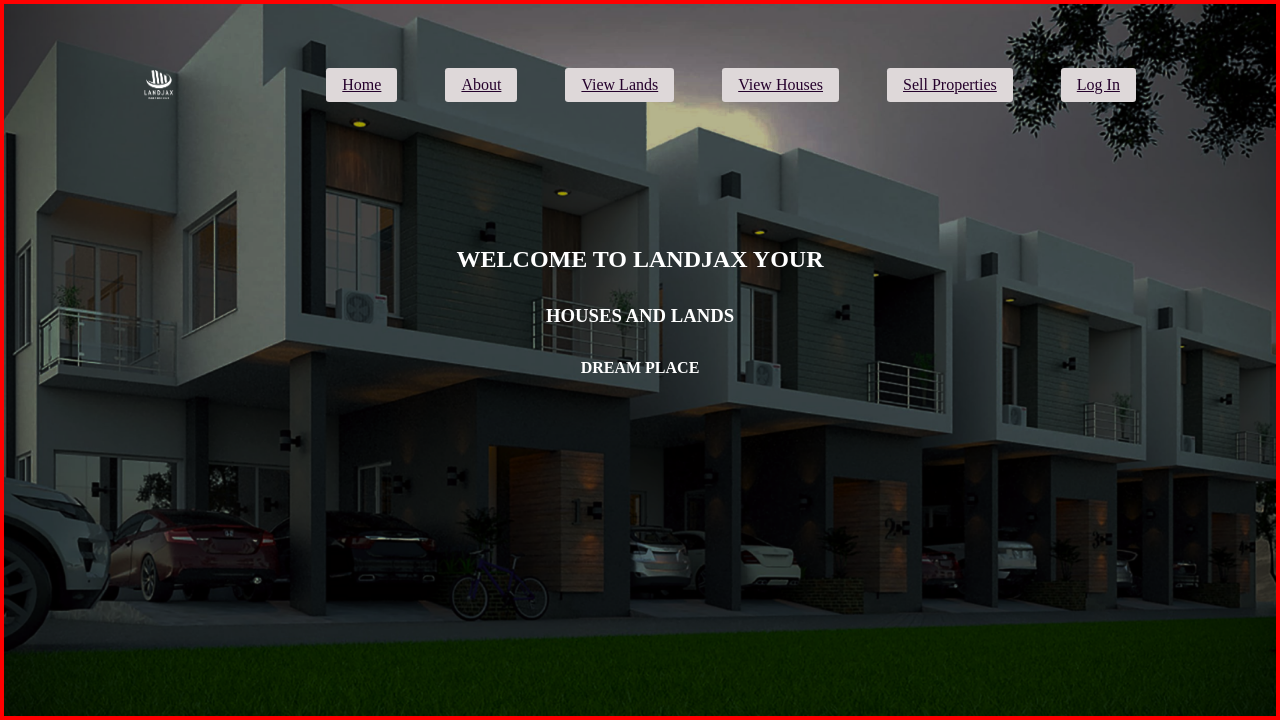
Repository: NorVirae/landjax-frontend
Page: /
An editor plug-in stored every save of this project. The page is shown before and after a run of saves, followed by the edit.
The browser window is 1280 px wide. The pictures show the whole page.
The project was rebuilt for these pictures with package versions that can differ from the ones it lists, and the page was loaded fresh each time. The framework's server and built-in components were replaced by stand-ins that run in the browser. Also part of the build but not shown: next.config.js.

Above is the page before, as saved 2022-07-02 15:03:05.

### pages/_app.tsx
import '../src/styles/Landing.css'
import '../src/styles/Global.css'


import type { AppProps } from 'next/app'

function MyApp({ Component, pageProps }: AppProps) {
  return <Component {...pageProps} />
}

export default MyApp

### pages/index.tsx
import type { NextPage } from 'next'
import Head from 'next/head'
import Image from 'next/image'
import Navbar from '../src/components/Navbar'


const Home = () => {
  return (
    <div>
      <Head>
        <title>Land Jax</title>
        <meta name="description" content="Generated by create next app" />
        <link rel="icon" href="/favicon.ico" />
      </Head>


      <main>
        <section style={{border: ".3rem solid red"}} className='carousel__container'>
          <Navbar />

          <div className='carousel__welcome-screen'>
            <h2>WELCOME TO LANDJAX YOUR</h2>
            <h3>HOUSES AND LANDS</h3>
            <h4>DREAM PLACE</h4>

          </div>

        </section>



      </main>

      <footer>

      </footer>
    </div>
  )
}

export default Home

### src/styles/Landing.css
.carousel__container{
    background-repeat: no-repeat;
    background-image: url('../assets/1.png');
    background-size: cover;
    height: 100vh;
    width: 100vw;
}
.navbar{
    display: flex;
    justify-content: space-around;
    padding: 4rem;
    align-items: center;
}


.navbar .nav {
    display: flex;
    text-decoration: none;
    list-style: none;
    gap: 3rem;
}

.navbar .nav a{

}

.navbar__nav-link{
    /* padding: 3rem 2rem; */
    color: #25012C;
}

.navbar__nav-item{
    background-color: #DED8D9;
    color: #25012C;
    padding: .5rem 1rem;
    border-radius: .2rem;

}

.sign-in{
    background-color: #290230;
    color: #DFDDDF!important;

}

.carousel__welcome-screen{
    padding: 5rem 3rem;
    color: white;
    display: flex;
    justify-content: center;
    align-items: center;
    flex-direction: column;
    gap: 2rem;
}


.carousel__welcome-text{
    font-size: 4rem;
}
.carousel__house-lands{
    font-size: 2rem;
}
.carousel__dream-place{
    font-size: 2rem;
}


.house__preview{
    height: 100vh;
    width: 100vw;
    display: flex;
    justify-content: center;
    align-items: center;
    display: flex;
    flex-direction: column;
    background-color: #0D0316;
    position: relative;

}

.house__preview-inner{
    display: grid;
    gap: 2rem;
    grid-template-columns: repeat(5, 1fr);

}

.house__preview-overlay{
    background-color: #0000007e;
    height: 100vh;
    width: 100vw;
    position: absolute;
    left: 0%;
    top: 0%;
    z-index: 2;
}

.house__image-preview{
    border-radius: 1rem;
}

.house__intro {
    display: flex;
    justify-content: center;
    align-items: center;
    flex-direction: column;
    gap: 2rem;
    position: absolute;
    color: white;
    z-index: 3;
}

.house__live{
    font-size: 3rem;
}

.house__asset{
    font-size: 1.2rem;
}

.house__land-annouce{
    font-weight: 900;
    font-size: 1.3rem;
}

.house__form-group{
    background-color: white;
    border: 1rem;
    padding: 1.5rem;
    border-radius: 3rem;
    display: flex;
    flex-direction: column;
    gap: 1rem;
    width: 100%;
}

.house__form-label{
    color: black;
}

.house__form-control{
    border: none;
}

.house__form-control:focus{
    outline: none;
}

.house__btn-ecom-container{
    display: flex;
    gap: 2rem;
}

.house__btn-buy-prop{
    padding: 1rem 1.5rem;
    border-radius: 1rem;
    color: #470C76;

}

.house__btn-sell-prop{
    padding: 1rem 1.5rem;
    border-radius: 1rem;
    color: #E1E2E2;
    background-color: transparent;
    border: .1rem solid #E1E2E2;

}

.future__container{
    width: 100vw;
    background-color: #0C0215;
    padding: 2rem 3rem;

    display: flex;
    justify-content: center;
    align-items: center;
    flex-direction: column;
    gap: 2rem;
}

.future__header{
    color: white;
    display: flex;
    align-items: center;
    gap: 3rem;
    padding: 3rem 7rem;
}


.future__prop-text{
    font-size: 3rem;

}
.future__btn-prop{
    font-size: 1.2rem;
    padding: 1rem 3rem;
    background-color: #2B0549;
    color: white;
    border: none;
}
.future__houses-card-container{
    display: grid;
    grid-template-columns: repeat(3, 1fr);
    gap: 2rem;
    margin: auto 3rem;
    max-width: 60rem;
}

.future__house-card{
    display: flex;
    flex-direction: column;
    color: white;
    border-top-left-radius: 2rem;
    border-top-right-radius: 2rem;
    height: 100%;
    background-color: #ffff;
    position: relative;

}

.future__card-img{
    border-top-left-radius: 2rem;
    border-top-right-radius: 2rem;

}

.future__card-body{
    display: flex;
    flex-direction: column;
    color: #000;
    gap: 1rem;
    padding: 2rem;
}

.future__card-title{
    font-weight: 900;
    font-size: 1.5rem;
}

.future__card-price{
    font-size: 1.4rem;
    font-weight: 900;
}

.future__card-desc{
    font-size: 1rem;
}

.future__profile-container{
    display: flex;
    align-items: center;
    gap: 1rem;

}
.future__profile-img{
    border-radius: 100%;
}

.future__btn-sale{
    background-color: #5E4D7C;
    color: #EBE9EF;
    padding: .3rem 1rem;
    border-radius: .3rem;
    position: absolute;
    border: none;
    font-size: .9rem;
    right: 5%;
    top: 5%;
    z-index: 2;
}

.explore__market-container{
    display: flex;
    gap: 4rem;
    justify-content: space-around;
    background-image: url(../assets//16.png);
}

### src/components/Navbar.tsx
import Link from "next/link";
import React from "react";
import Image from "next/image";
import Logo from "../assets/logo.png"

const Navbar:React.FC = ({}) => {

    return (
        <nav className="navbar">
            <Link href="#">
                <Image className="navbar_brand" src={Logo} width="30rem" height="30rem" />
            </Link>
            <ul className="nav">
                <li className="navbar__nav-item">
                    <Link href={"/"}>
                        <a className={"navbar__nav-link"}>
                            Home
                        </a>
                    </Link>
                </li>

                <li className="navbar__nav-item">
                    <Link href={"/"}>
                        <a className={"navbar__nav-link"}>
                            About
                        </a>
                    </Link>
                </li>

                <li className="navbar__nav-item">
                    <Link href={"/view/lands"}>
                        <a className={"navbar__nav-link"}>
                            View Lands
                        </a>
                    </Link>
                </li>

                <li className="navbar__nav-item">
                    <Link href={"/view/houses"}>
                        <a className={"navbar__nav-link"}>
                            View Houses
                        </a>
                    </Link>
                </li>

                <li className="navbar__nav-item">
                    <Link href={"/sell/properties"}>
                        <a className={"navbar__nav-link"}>
                            Sell Properties
                        </a>
                    </Link>
                </li>

                <li className="navbar__nav-item">
                    <Link href={"/login"}>
                        <a className={"navbar__nav-link"}>
                            Log In
                        </a>
                    </Link>
                </li>
            </ul>
        </nav>
    )

}

export default Navbar;

Loaded but not shown: src/styles/Global.css (common file)

After the next 2 saves:
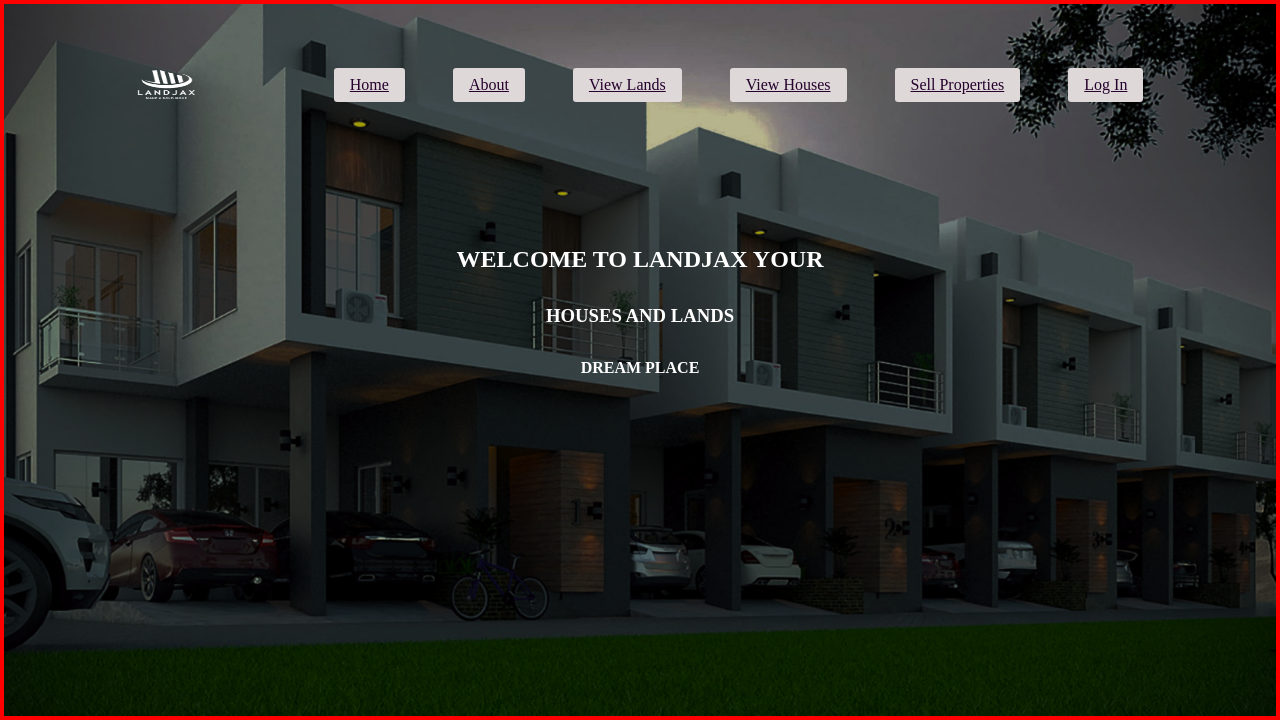
The 2 saves are shown as one change because 1 did not build or start.
The last was saved 29 s later.
--- a/src/components/Navbar.tsx
+++ b/src/components/Navbar.tsx
@@ -8,7 +8,7 @@ const Navbar:React.FC = ({}) => {
     return (
         <nav className="navbar">
             <Link href="#">
-                <Image className="navbar_brand" src={Logo} width="30rem" height="30rem" />
+                <Image className="navbar_brand" src={Logo} width="60rem" height="30rem" />
             </Link>
             <ul className="nav">
                 <li className="navbar__nav-item">
